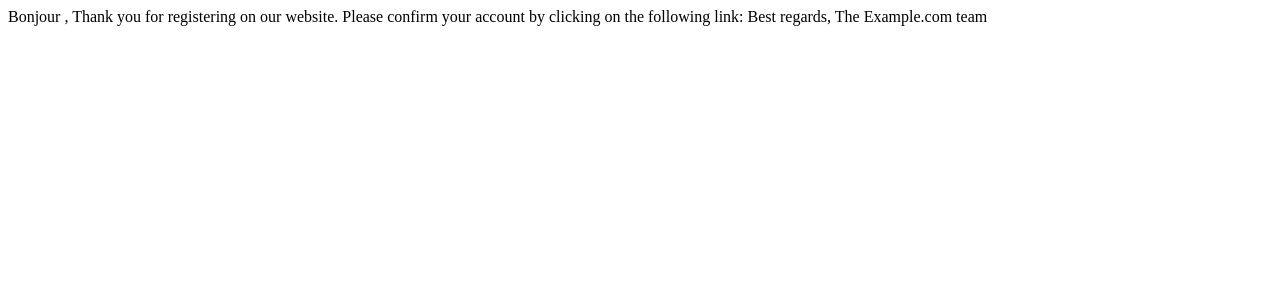
Repository: innov225/Projet-AtlasIt
Page: templates/emails/registration.html.twig
The author's editor kept a copy of each file at every save. The page is drawn from the files as they stood at one save, then again after the next save.
The browser window is 1280 px wide. The pictures show the whole page.
The page is a Twig template of a Symfony application; nobody is signed in and links lead nowhere. The template is opened directly, without the code that normally fills it, so the values that code supplies are empty.

Above is the page before, as saved 2023-04-01 21:25:35.

### templates/emails/registration.html.twig
Bonjour {{ user.firstName }},

Thank you for registering on our website. Please confirm your account by clicking on the following link:

{{ confirmation_url }}

Best regards,
The Example.com team

After the next save:
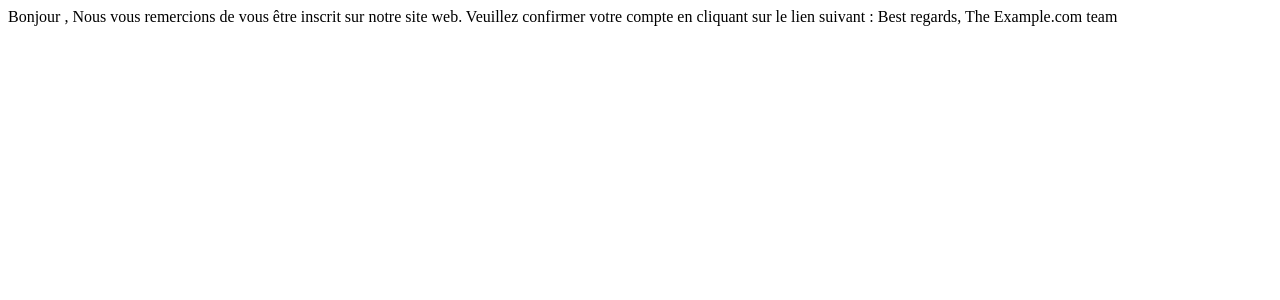
Saved 73 s later.
--- a/templates/emails/registration.html.twig
+++ b/templates/emails/registration.html.twig
@@ -1,7 +1,6 @@
 Bonjour {{ user.firstName }},
 
-Thank you for registering on our website. Please confirm your account by clicking on the following link:
-
+Nous vous remercions de vous être inscrit sur notre site web. Veuillez confirmer votre compte en cliquant sur le lien suivant :
 {{ confirmation_url }}
 
 Best regards,
